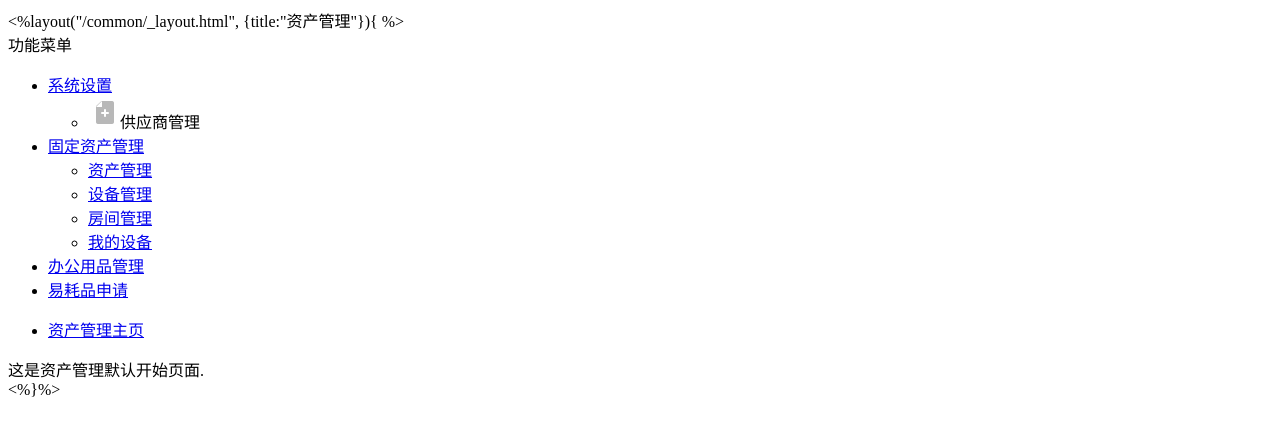
Repository: GaoChengliang/summerTask
Page: Campus_gcl/WebRoot/asset_management/asset.html
These files come from the project's save history. The page is drawn as it stood at one moment and after the next save; the edit follows.
The browser window is 1280 px wide. The pictures show the whole page.

Above is the page before, as saved 2015-09-08 13:02:32.
Console error: ReferenceError: jQuery is not defined

After the next save:
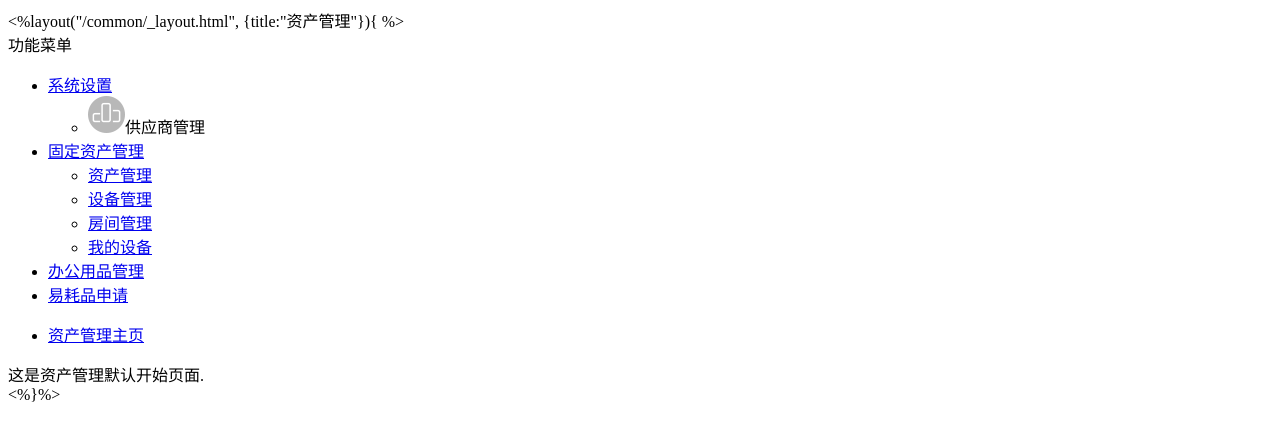
Saved 60 s later.
--- a/Campus_gcl/WebRoot/asset_management/asset.html
+++ b/Campus_gcl/WebRoot/asset_management/asset.html
@@ -10,7 +10,7 @@
 				<ul class="mtree bubba">
 					<li class="mtree-node"><a href="#">系统设置</a>
 						<ul class="mtree-level-1">
-							<li><a name="supplier_manage"><img src="/img/logo/new.png" alt="新增" />供应商管理</a></li>
+							<li><a name="supplier_manage"><img src="/img/logo/supplier_manage.png" alt="供应商管理" />供应商管理</a></li>
 						</ul></li>
 
 					<li class="mtree-node"><a href="#">固定资产管理</a>
